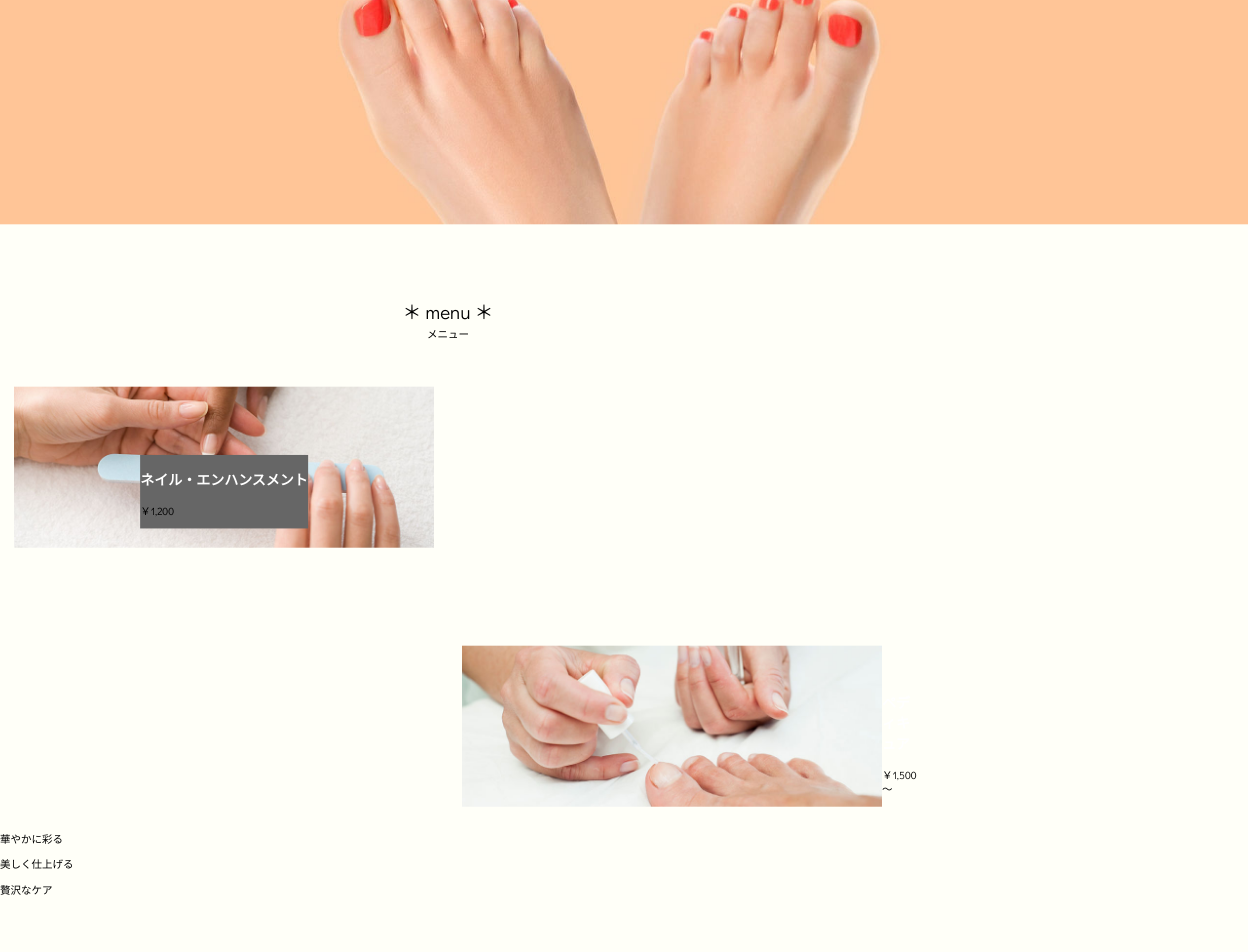
Repository: yukitakahashi1002/salontakahashi-
Page: index.html
The author's editor kept a copy of each file at every save. The page is drawn from the files as they stood at one save, then again after the next save.
The browser window is 1280 px wide. The page is 1783 px wide, so the pictures cover 1783 px, including what lies to the right of the window. The pictures show the part of the page from y = 569 to 1929 px (the page is 1929 px tall), at 70% of full size.

Above is the page before, as saved 2023-07-29 01:41:47.

### index.html
<!DOCTYPE html>
<html>
<head>
    <title>Salon Takahashi</title>
    <meta charset="utf-8">
    <meta name="description" content="">
    <meta name="viewport" content="width=device-width, initial-scale=1.0">
    <link rel="stylesheet" href='https://fonts.googleapis.com/css?family=Didact Gothic'>
    <link rel="stylesheet" href="style.css">
</head>
<body>
    <!-- ヘッダー -->
    <header>
        <!-- サイトタイトル -->
        <h1>salon takahashi</h1>

        <!-- PC用ナビゲーション -->
        <nav id="nav-pc">
            <a href="/">home</a>
            <a href="sell.html">sell</a>
            <a href="design.html">design</a>
            <a href="reserve.html">reserve</a>
        </nav>
    </header>
    <main>
        <article>
            <!-- メインビジュアル -->
            <section id="main-visual">
                <div id="main-message">
                    <h1>salon takahashi</h1>
                    <p>good style, feeling</p>
                </div>
                <img src="images/59d4f7_2405db9ac6a045a282c7ab2926bb89a0~mv2.jpg" alt="赤いペディキュアのサロンイメージ画像">
            </section>
            <!-- menu -->
            <section id="menu">
                <div class="section-title">
                    <h2 class="index-h2">＊ menu ＊</h2>
                    <p>メニュー</p>
                </div>
                <div id="menu-flex">
                    <div class="menu-flex-left">
                        <img id="menu-photo1" src="images/5bf6e16609554325bf973714113b2404.jpg" alt="ネイル強化メニュー">
                        <div>
                            <h3>ネイル・エンハンスメント</h3>
                            <p>￥1,200</p>
                        </div>
                    </div>
                    <div class="menu-flex-right">
                        <img id="menu-photo2" src="images/75d452f57d5d49689d22990be695edd7.jpg" alt="ペディキュアネイルメニュー" vertical-align: bottom;>
                        <div>
                            <h3>ペディキュア</h3>
                            <p>￥1,500～</p>
                        </div>
                    </div>
                </div>
                <div>
                    <p> 華やかに彩る</p>
                    <p> 美しく仕上げる</p>
                    <p> 贅沢なケア</p>
                </div>
            </section>
        </article>
    </main>
</body>
<footer>

</footer>
</html>

### style.css
/* PC、スマホ共通スタイル */
body {
    font-family: 'Didact Gothic', sans-serif;
    background-color: #FFFFF8;
}

p {
    font-size: 15px;
}

/*=============
PC用のスタイル
==============*/
/* 横幅設定 */
body {
    max-width: 1800px;
    min-width: 960px;
    margin: 0 auto 0 auto;
}

/* ヘッダー */
header {
    text-align: center;
    margin-top: 50px;
}
header > h1 {
    margin-left: 20px;
    font-weight: normal;
}

/* ナビゲーションのレイアウト */
#nav-pc > a:link {
    text-decoration: none;
    margin-left: 20px;
    color: #0d0d0d;
}

#nav-pc > a:visited {
    color: #0d0d0d;
}

#nav-pc > a:hover {
    color: #0d0d0d;
    text-decoration: underline;
}

#nav-pc > a:active {
    color: #0d0d0d;
}

/* メインビジュアル */
#main-visual {
    text-align: center;
}

#main-message > h1 {
    font-size: 60px;
    margin: 100px auto 0 auto;
    font-weight: normal;
}
#main-message > p {
    font-size: 20px;
}

#main-visual > img {
    margin: 80px auto 0 auto;
}

/* 見出し */
.section-title {
    text-align: center;
}
.section-title > P {
    margin-top: -20px;
}


h2 {
    font-weight: normal;
    font-size: 27px;
}

h3 {
    font-size: 20px;
    color: #ffffff;
}

/* メニュー */
#menu {
    margin: 100px auto 80px auto;
    width: 100%;
}

#menu-flex {
    width: 100%;
    display: flex;
}

#menu-flex > div {
    width: 50%;
    height: 600px;
    margin: 50px 20px 20px 20px;
}

.menu-flex-left {
    display: flex;
    align-items: flex-start;
    position: relative;
}

.menu-flex-left > img {
    width: 100%;
}

.menu-flex-left > div {
    position: absolute;
    top: 25%;
    left: 50%;
    -ms-transform: translate(-50%, -50%);
    -webkit-tranfsorm: translate(-50%, -50%);
    transform: translate(-50%, -50%);
    margin: 0;
    padding: 0;
    background-color: #666666;
    opacity: 0,8;
}


.menu-flex-right {
    display: flex;
    align-items: flex-end;
}


.menu-flex-right > img {
    width: 100%;
}

After the next save:
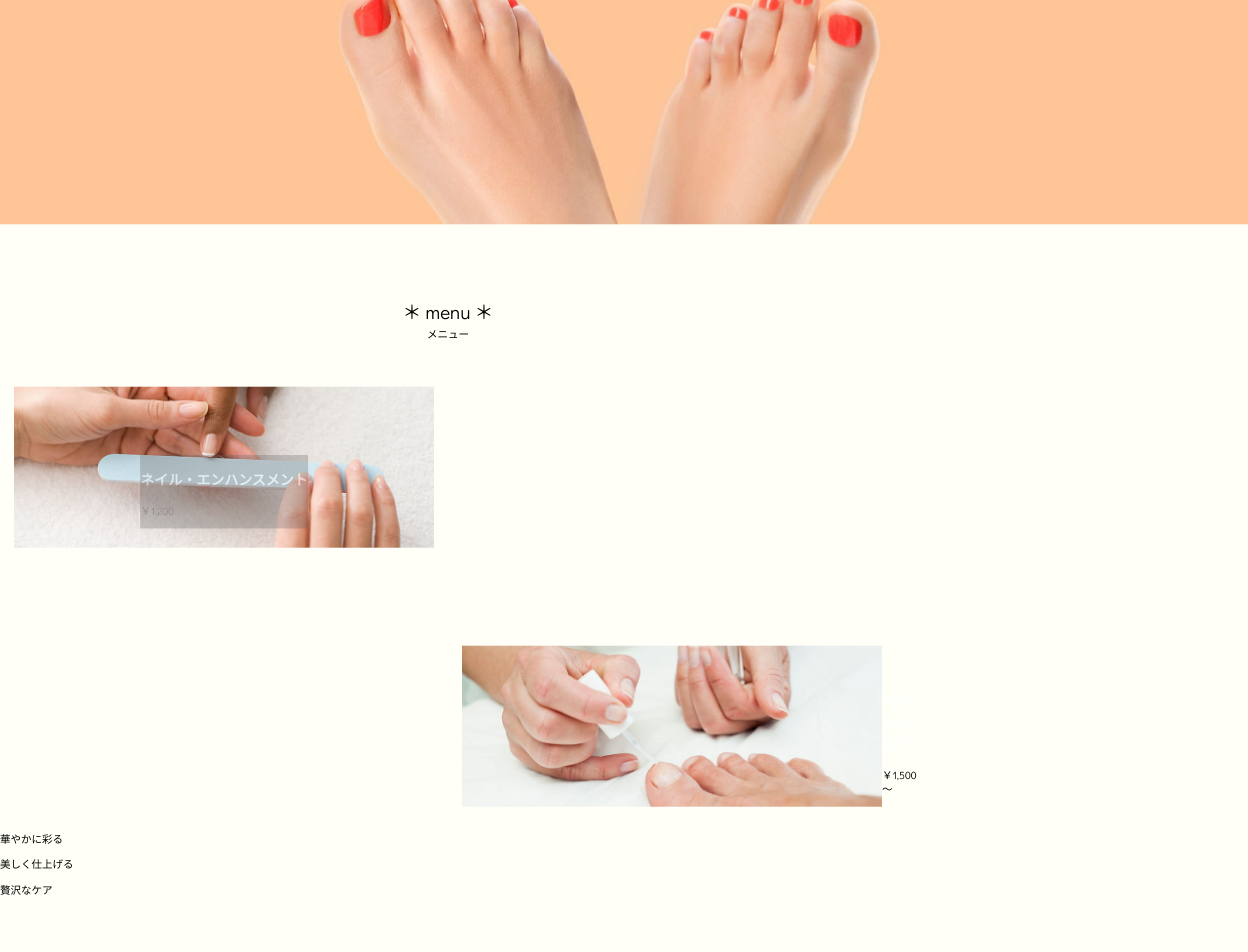
Saved 48 s later.
--- a/style.css
+++ b/style.css
@@ -122,7 +122,7 @@ h3 {
     margin: 0;
     padding: 0;
     background-color: #666666;
-    opacity: 0,8;
+    opacity: 0.3;
 }
 
 
